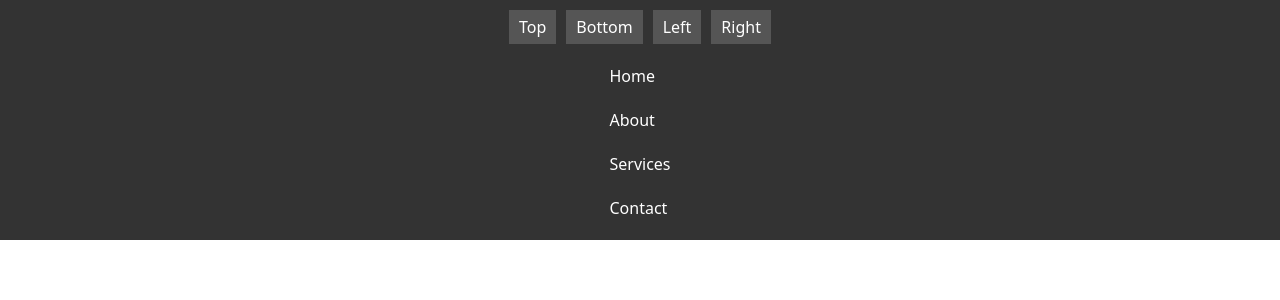
Repository: shash0708/GMR-Lines
Page: /login (app in frontend/)
The author's editor kept a copy of each file at every save. The page is drawn from the files as they stood at one save, then again after the next save.
The browser window is 1280 px wide. The pictures show the whole page.
The page's requests for data from a server got no answer. The project was rebuilt for these pictures with package versions that can differ from the ones it lists, and the page was loaded fresh each time. No one was signed in, and anything a server would have sent is missing. Also part of the build but not shown: frontend/src/components/Buttons/Buttons.component.jsx, frontend/src/components/Home/Home.component.jsx, frontend/src/components/Form/Form.css, frontend/src/components/speedDail/SpeedDail.component.jsx, frontend/src/components/Form/Form.component.jsx, frontend/src/components/Card/Card.jsx, frontend/src/components/Card/Card.css, frontend/src/components/Card/Card.component.jsx and 4 more.

Above is the page before, as saved 2024-09-08 22:54:24.

After the next save:
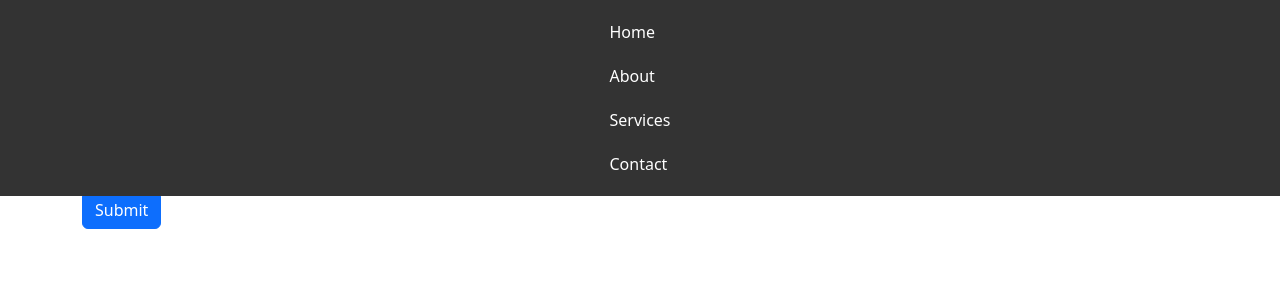
Saved 58 s later.
--- a/frontend/src/components/Header/Header.component.jsx
+++ b/frontend/src/components/Header/Header.component.jsx
@@ -10,12 +10,12 @@
 
   return (
     <div className={`navbar ${dockPosition}`}>
-      <div className="navbar-content">
+      {/* <div className="navbar-content">
         <button onClick={() => handleDockChange('top')}>Top</button>
         <button onClick={() => handleDockChange('bottom')}>Bottom</button>
         <button onClick={() => handleDockChange('left')}>Left</button>
         <button onClick={() => handleDockChange('right')}>Right</button>
-      </div>
+      </div> */}
       <div className="navbar-items">
         <a href="#home">Home</a>
         <a href="#about">About</a>
